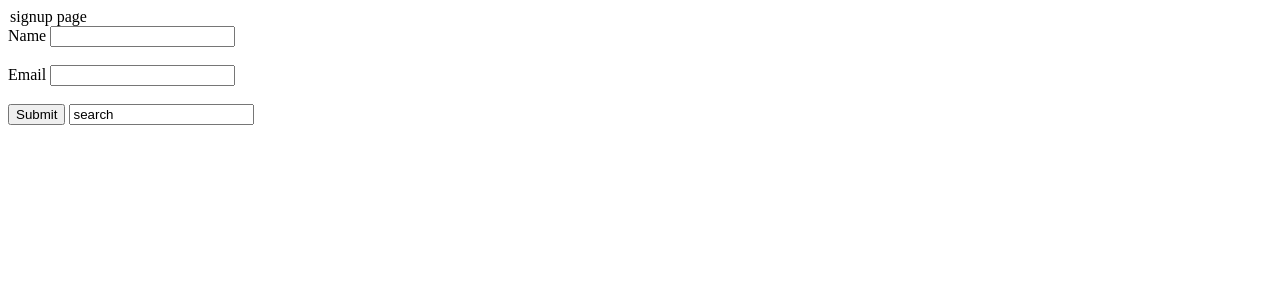
Repository: Altafalinadaf/SimpleProjects
Page: servletDemo6/src/main/webapp/index.html
These files come from the project's save history. The page is drawn as it stood at one moment and after the next save; the edit follows.
The browser window is 1280 px wide. The pictures show the whole page.

Above is the page before, as saved 2023-10-31 05:27:26.

After the next save:
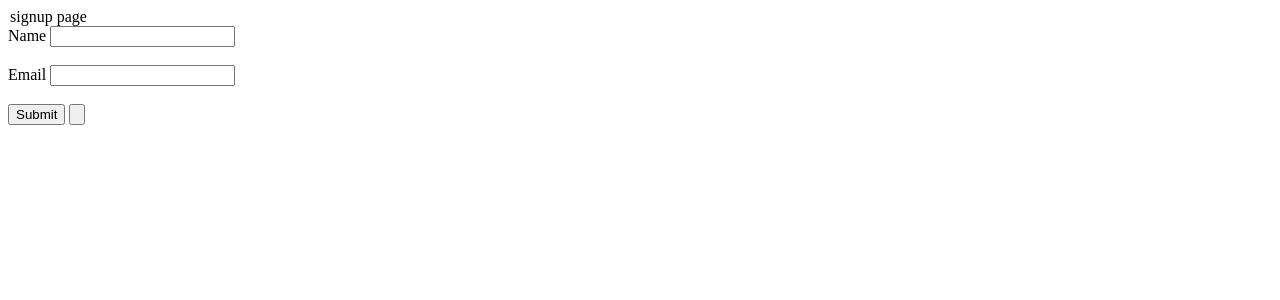
Saved 60 s later.
--- a/servletDemo6/src/main/webapp/index.html
+++ b/servletDemo6/src/main/webapp/index.html
@@ -17,7 +17,7 @@
 			<input type="text" name="email" id="email id" /> <br /> <br />
 
 			<input type="submit" value="Submit" />
-			<input type="search" value="search" />
+			<input type="reset" value="" />
 
 		</field set>
 
